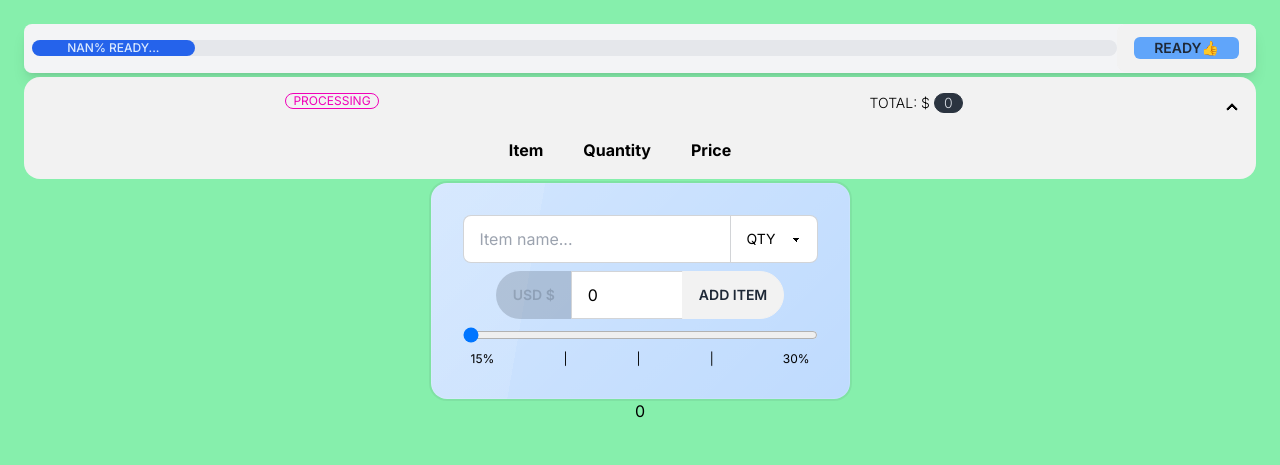
Repository: bitepay/bitepay-xyz
Page: /table
An editor plug-in stored every save of this project. The page is shown before and after the next save, followed by the edit.
The browser window is 1280 px wide. The pictures show the whole page.
The page's requests for data from a server got no answer. The project was rebuilt for these pictures with package versions that can differ from the ones it lists, and the page was loaded fresh each time. The framework's server and built-in components were replaced by stand-ins that run in the browser. No one was signed in, and anything a server would have sent is missing. Also part of the build but not shown: next.config.js.

Above is the page before, as saved 2023-06-27 23:44:56.

After the next save:
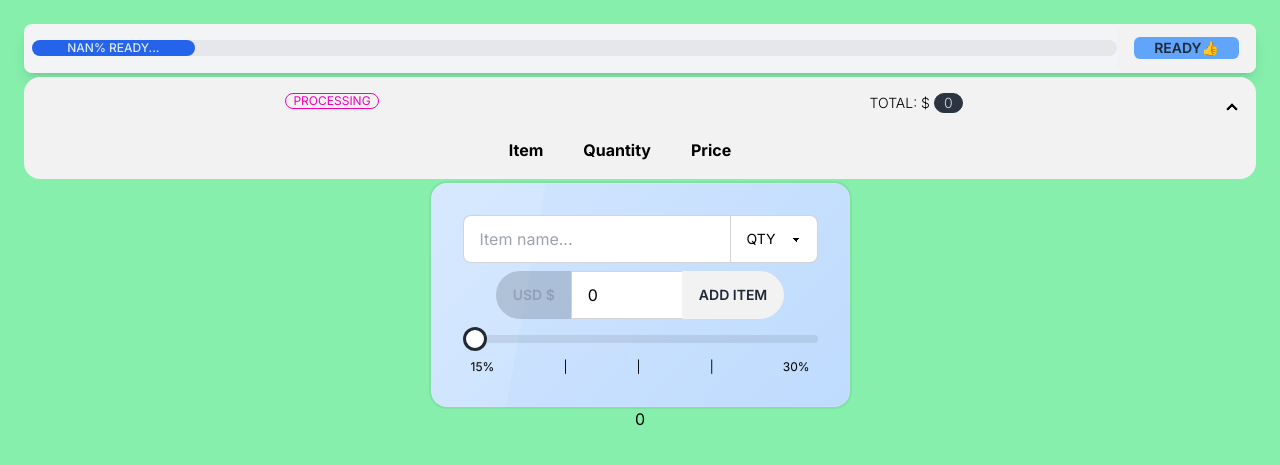
Saved 68 s later.
--- a/src/components/AddItemInput.jsx
+++ b/src/components/AddItemInput.jsx
@@ -74,7 +74,7 @@ export const AddItemInput = ({ handleUserUpdate, user, setUser }) => {
 							<button className="btn join-item rounded-r-full" disabled={user.status === 'READY'} onClick={(e) => handleClick(e)}>ADD ITEM</button>
 						</div>
 					</div>
-						<input type="range" min={15} max={30} value={user.tip} step={1} onChange={(e) => handleTipChange(e)} />
+						<input type="range" className="range" min={15} max={30} value={user.tip} step={1} onChange={(e) => handleTipChange(e)} />
 						<div className="w-full flex justify-between text-xs px-2">
 							<span>15%</span>
 							<span>|</span>
